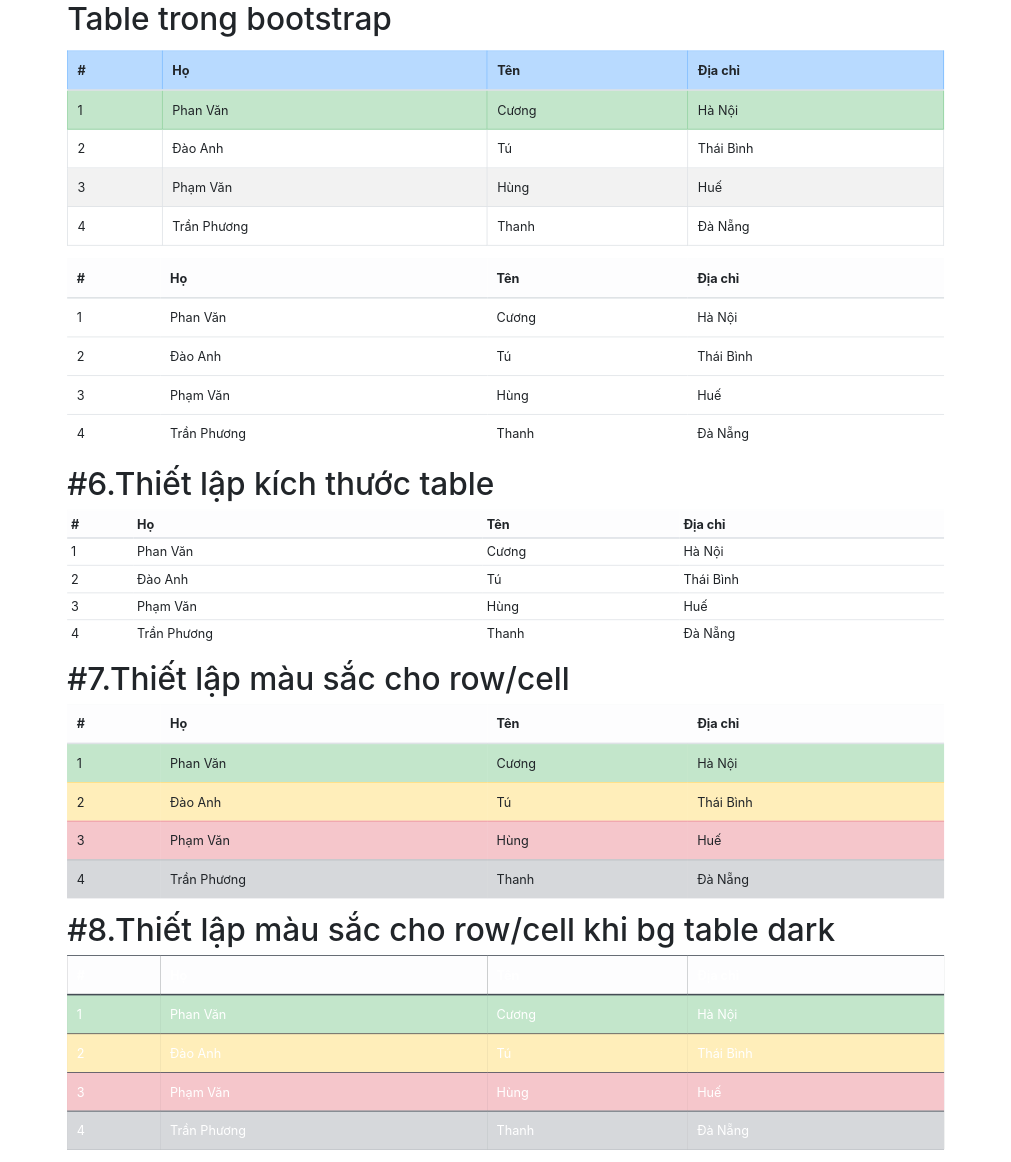
Repository: anhtu2110/front_end
Page: lesson/bootstrap/advance/5.2-table.html
An editor plug-in stored every save of this project. The page is shown before and after the next save, followed by the edit.
The browser window is 1280 px wide. The pictures show the whole page, at 79% of full size.

Above is the page before, as saved 2022-12-06 20:17:21.

After the next save:
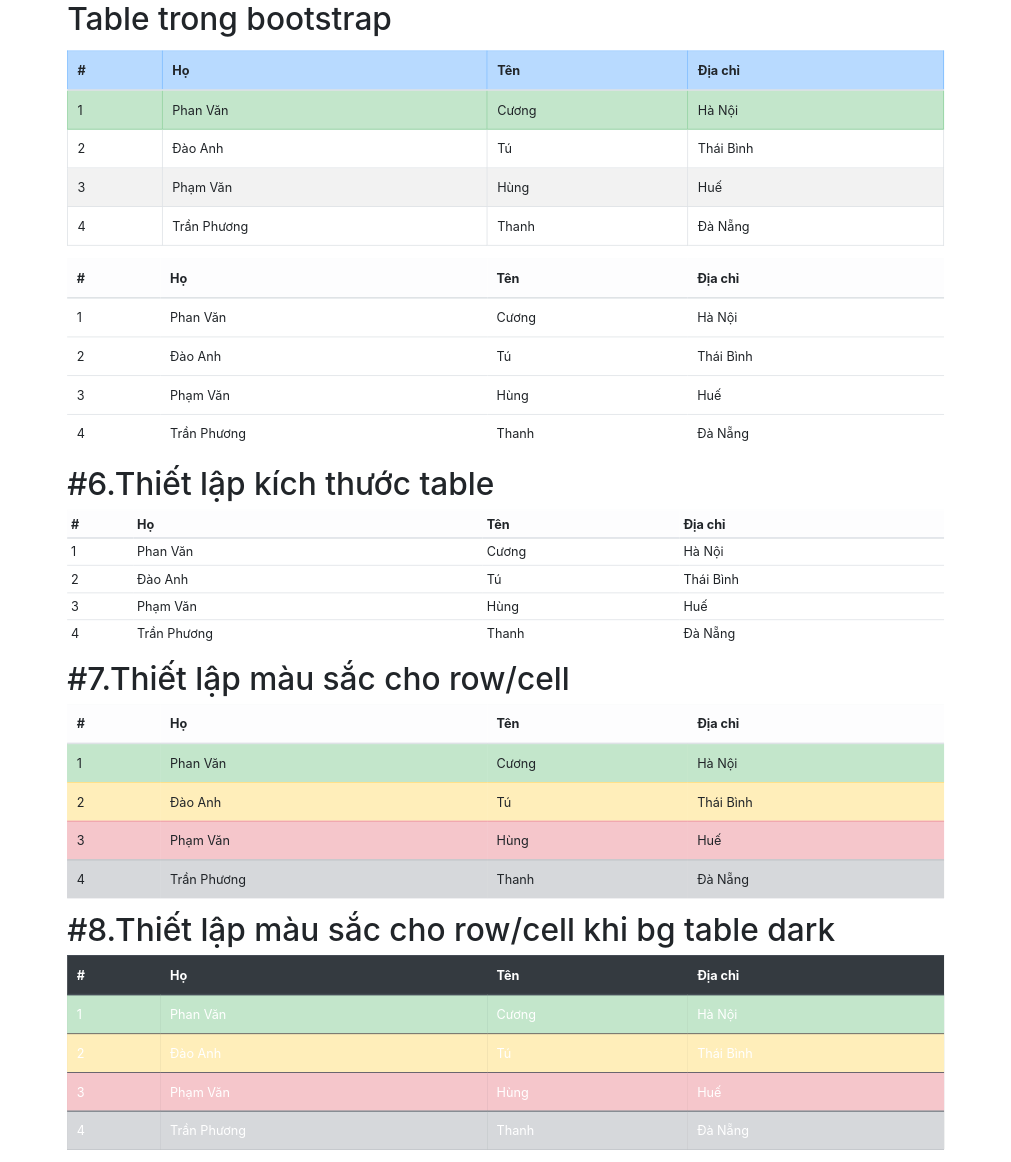
Saved 8 s later.
--- a/lesson/bootstrap/advance/5.2-table.html
+++ b/lesson/bootstrap/advance/5.2-table.html
@@ -162,7 +162,7 @@
             #8.Thiết lập màu sắc cho row/cell khi bg table dark
           </h1>
           <table class="table table-hover table-dark">
-            <thead class="table-light">
+            <thead>
               <tr>
                 <th>#</th>
                 <th>Họ</th>
